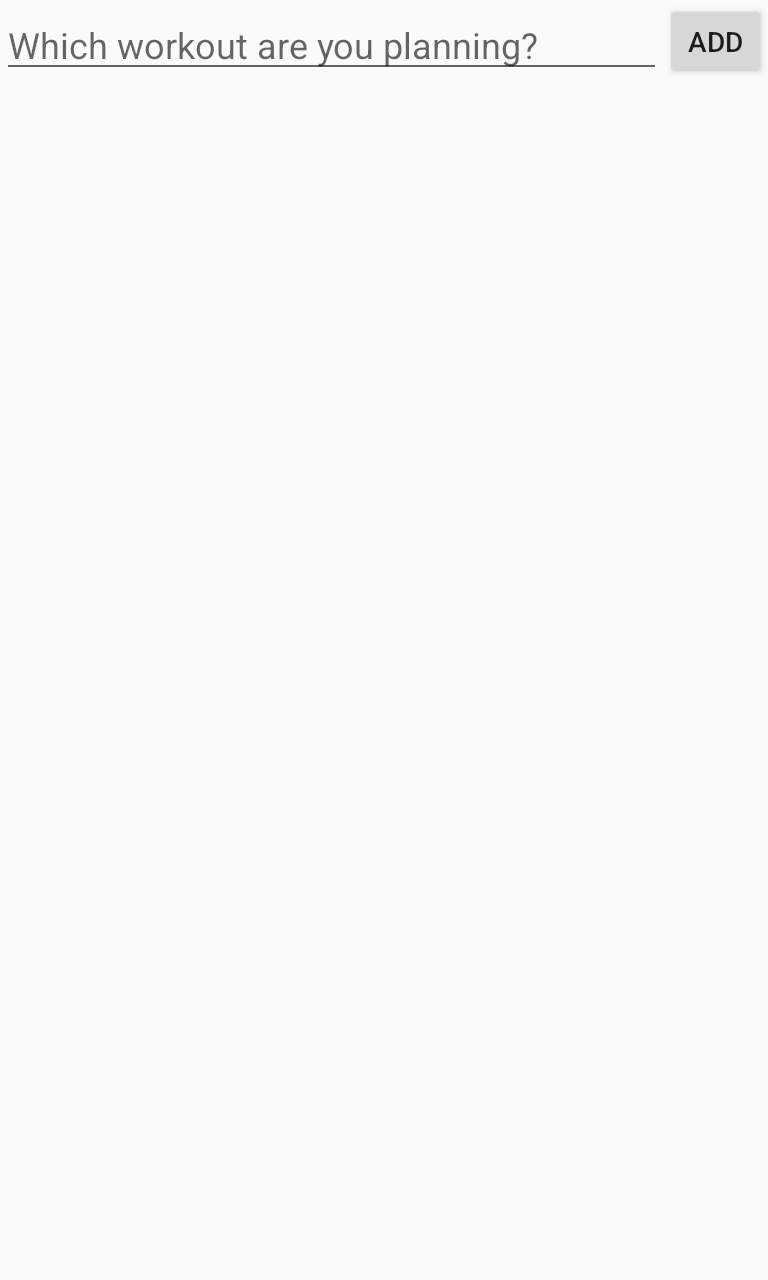
Repository: apoorvelec/AndroidApps
Layout: Gymdroid/res/layout/activity_monday.xml
These files come from the project's save history. The layout is drawn as it stood at one moment and after the next save; the edit follows.
It is drawn on a 768 x 1280 px phone screen (xhdpi) without system bars, with theme AppTheme; the app's code is not run.

Above is the layout before, as saved 2016-07-16 23:52:04.

After the next save:
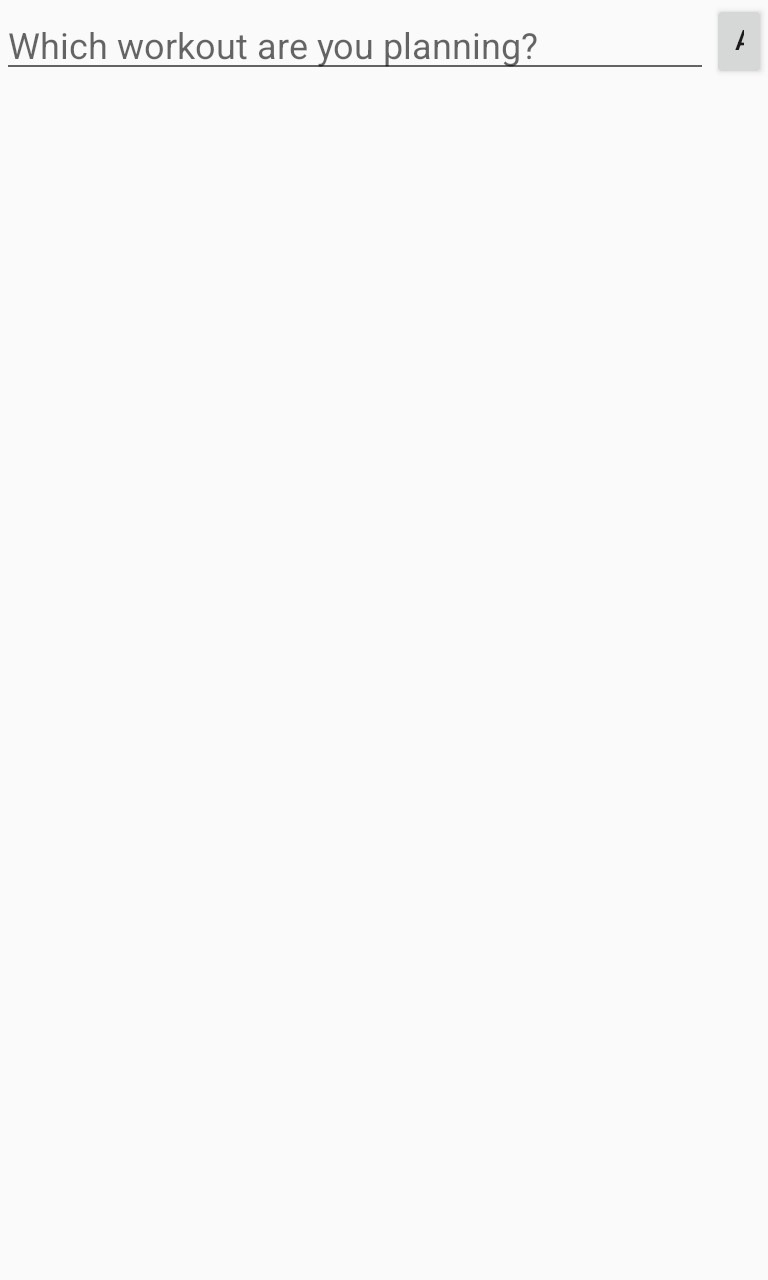
Saved 49 s later.
--- a/Gymdroid/res/layout/activity_monday.xml
+++ b/Gymdroid/res/layout/activity_monday.xml
@@ -13,7 +13,7 @@
         	android:id="@+id/monday_workout_suggestion"
         	android:layout_width="fill_parent"
         	android:layout_height="wrap_content"
-        	android:layout_weight="6"
+        	android:layout_weight="2"
         	android:focusable="true"
         	android:hint="@string/workout_suggestion_hint" />
     	<Button
